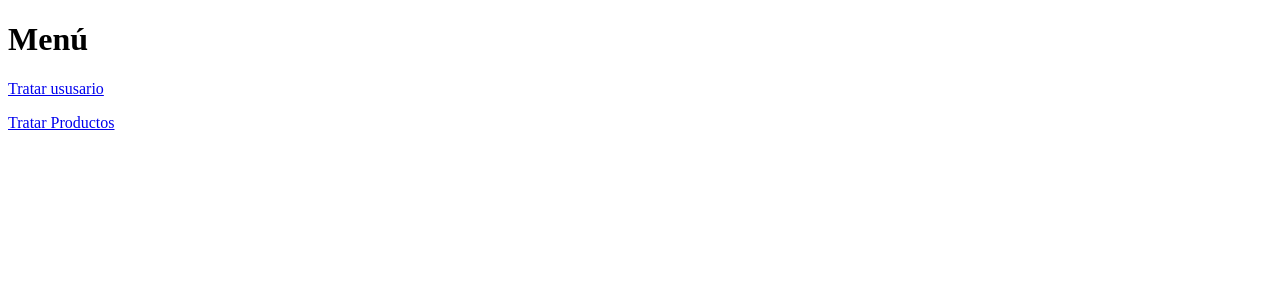
Repository: EusebioLopRob/workSpaceEclipse
Page: A14_MVC_JSP_Bol4/WebContent/index.html
An editor plug-in stored every save of this project. The page is shown before and after the next save, followed by the edit.
The browser window is 1280 px wide. The pictures show the whole page.

Above is the page before, as saved 2021-11-02 09:31:35.

### A14_MVC_JSP_Bol4/WebContent/index.html
<!DOCTYPE html>
<html>
<head>
<meta charset="UTF-8">
<title>Inicio</title>
</head>
<body>
	<h1>Menú</h1>
	<p><a href="tratarUsuario.html">Tratar ususario</a></p>
	<p><a href="Controlador_TodosProductos">Tratar Productos</a></p>
</body>
</html>

After the next save:
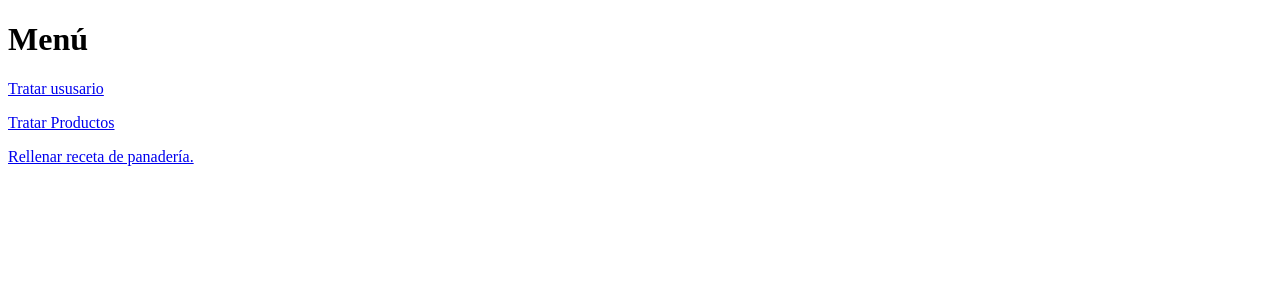
Saved 153 days later.
--- a/A14_MVC_JSP_Bol4/WebContent/index.html
+++ b/A14_MVC_JSP_Bol4/WebContent/index.html
@@ -8,5 +8,6 @@
 	<h1>Menú</h1>
 	<p><a href="tratarUsuario.html">Tratar ususario</a></p>
 	<p><a href="Controlador_TodosProductos">Tratar Productos</a></p>
+	<p><a href=#>Rellenar receta de panadería.</a></p>
 </body>
 </html>
